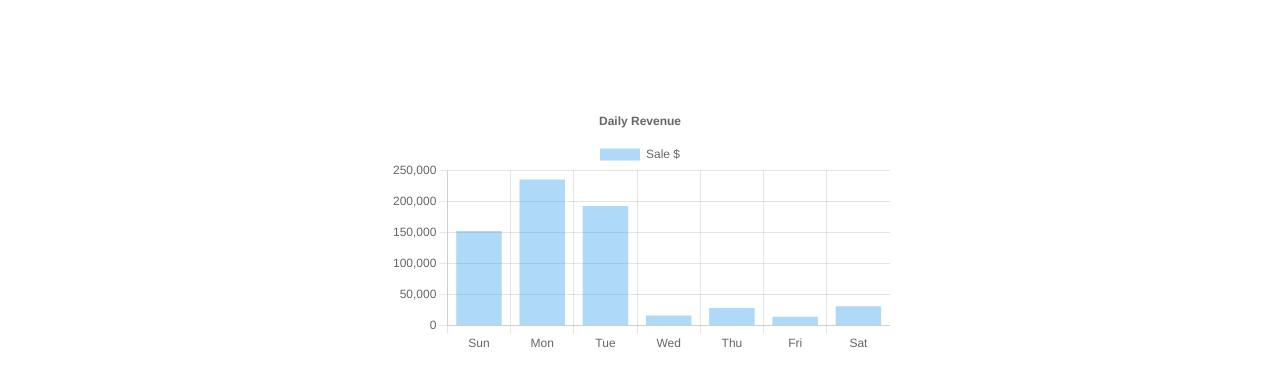
Repository: k8ANStar/exercise-5
Page: /
An editor plug-in stored every save of this project. The page is shown before and after the next save, followed by the edit.
The browser window is 1280 px wide. The pictures show the whole page.
The project was rebuilt for these pictures with package versions that can differ from the ones it lists, and the page was loaded fresh each time. The framework's server and built-in components were replaced by stand-ins that run in the browser. Also part of the build but not shown: next.config.mjs.

Above is the page before, as saved 2024-04-15 10:06:22.

### pages/index.js
import styles from "@/styles/Home.module.css";
import VerticalChart from "@/components/VerticalChart";

export default function Home() {
	return (
		<>
			<main className={`${styles.main} `}>
				<VerticalChart />
			</main>
		</>
	);
}

### styles/Home.module.css
.main {
	display: flex;
	flex-direction: column;
	justify-content: space-between;
	align-items: center;
	padding: 6rem;
	min-height: 20vh;
}

### components/VerticalChart/index.js
import styles from "./VerticalChart.module.css";
import { Bar } from "react-chartjs-2";
import {
	Chart as ChartJS,
	CategoryScale,
	LinearScale,
	BarElement,
	Title,
	Tooltip,
	Legend,
} from "chart.js";

import { useEffect, useState } from "react";

ChartJS.register(
	CategoryScale,
	LinearScale,
	BarElement,
	Title,
	Tooltip,
	Legend
);

export default function VerticalChart() {
	const [chartData, setChartData] = useState({
		datasets: [],
	});
	const [chartOptions, setChartOptions] = useState({});

	useEffect(() => {
		setChartData({
			labels: ["Sun", "Mon", "Tue", "Wed", "Thu", "Fri", "Sat"],
			datasets: [
				{
					label: "Sale $",
					data: [152340, 235256, 192455, 16243, 28456, 14326, 31000],
					borderColor: "rgb(53, 162, 235)",
					backgroundColor: "rgb(53, 162, 235, 0.4)",
				},
			],
		});

		setChartOptions({
			plugins: {
				legend: {
					postion: "top",
				},
				title: {
					display: true,
					text: "Daily Revenue",
				},
			},
			maintainAspectRatio: false,
			responsive: true,
		});
	}, []);

	return (
		<div>
			<Bar
				data={chartData}
				options={chartOptions}
				style={{ width: "500px", height: "300px" }}
			/>
		</div>
	);
}

Loaded but not shown: pages/_app.js (common file); pages/_document.js (common file); styles/globals.css (common file); components/VerticalChart/VerticalChart.module.css (no stored copy; drawn as an empty file)

After the next save:
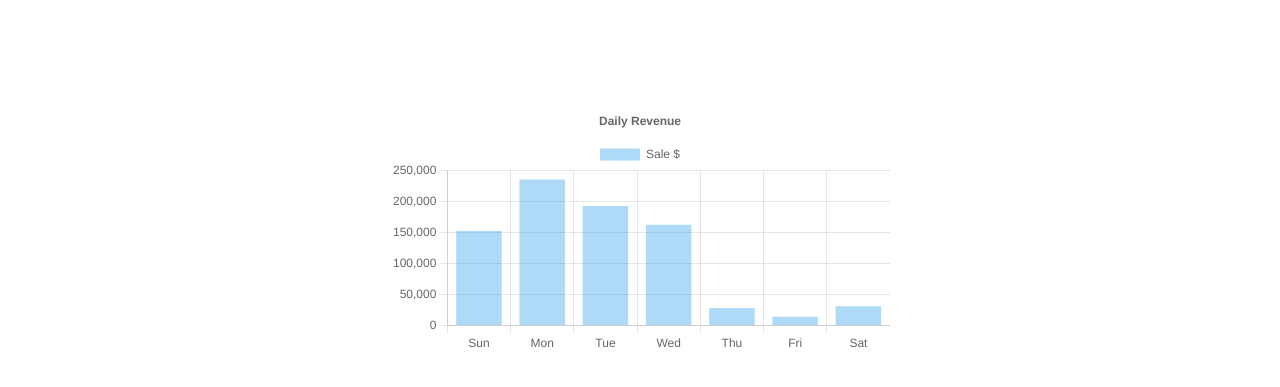
Saved 2 min 47 s later.
--- a/components/VerticalChart/index.js
+++ b/components/VerticalChart/index.js
@@ -33,7 +33,7 @@ export default function VerticalChart() {
 			datasets: [
 				{
 					label: "Sale $",
-					data: [152340, 235256, 192455, 16243, 28456, 14326, 31000],
+					data: [152340, 235256, 192455, 162443, 28456, 14326, 31000],
 					borderColor: "rgb(53, 162, 235)",
 					backgroundColor: "rgb(53, 162, 235, 0.4)",
 				},
